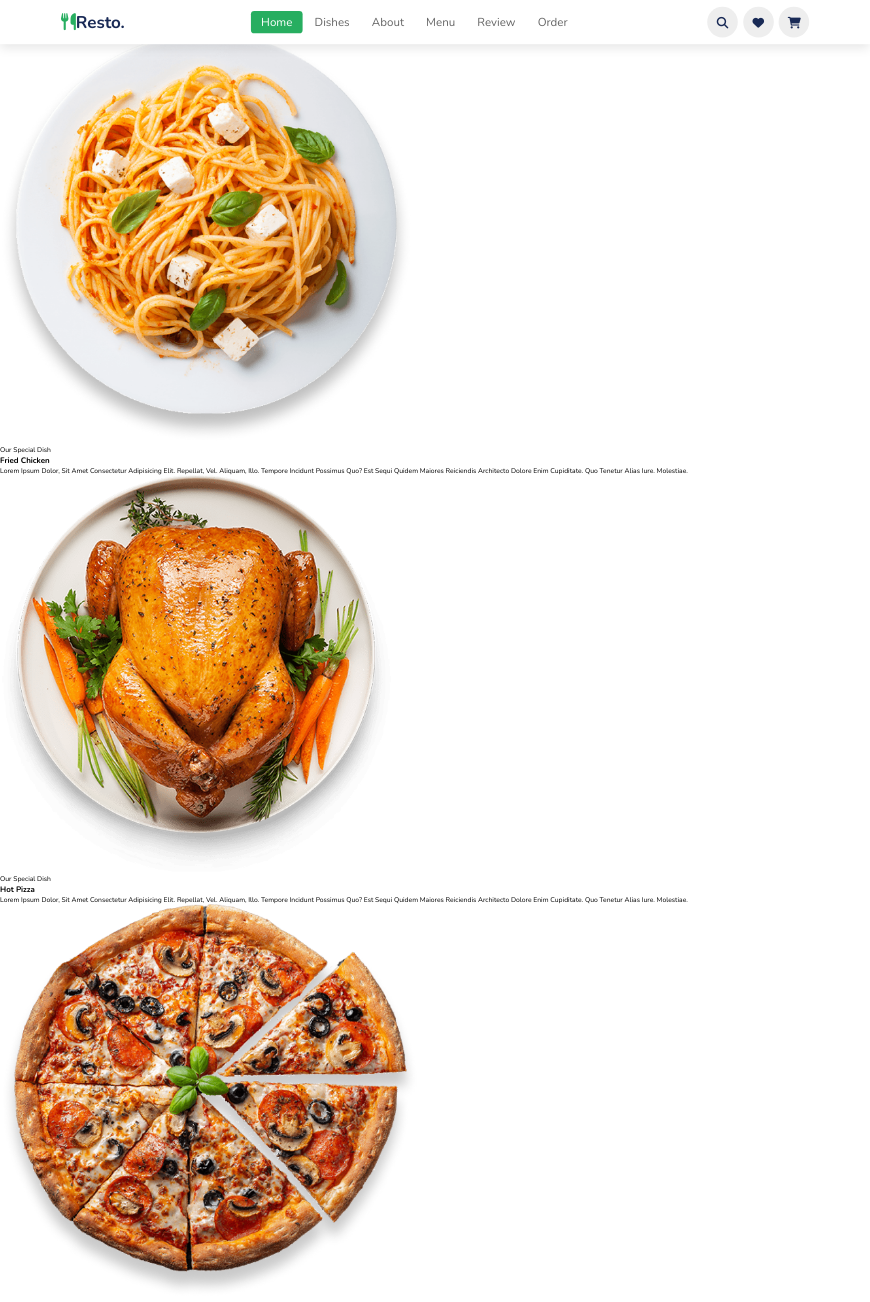
Repository: CarsonDev1/FoodWeb
Page: index.html
The author's editor kept a copy of each file at every save. The page is drawn from the files as they stood at one save, then again after the next save.
The browser window is 1280 px wide. The pictures show the whole page, at 68% of full size.
Some web libraries are served in a nearby version.

Above is the page before, as saved 2022-05-18 19:26:08.

### index.html
<!DOCTYPE html>
<html lang="en">
  <head>
    <meta charset="UTF-8" />
    <meta http-equiv="X-UA-Compatible" content="IE=edge" />
    <meta name="viewport" content="width=device-width, initial-scale=1.0" />
    <title>Document</title>
    <!-- CSS link -->
    <link rel="stylesheet" href="./css/style.css" />
    <!-- Google font -->
    <link rel="preconnect" href="https://fonts.googleapis.com" />
    <link rel="preconnect" href="https://fonts.gstatic.com" crossorigin />
    <link
      href="https://fonts.googleapis.com/css2?family=DM+Sans:wght@700&family=Manrope:wght@400;700;800&family=Nunito:wght@200;300;400;600;700&display=swap"
      rel="stylesheet"
    />
    <!-- font awesome cdn link -->
    <link
      rel="stylesheet"
      href="https://cdnjs.cloudflare.com/ajax/libs/font-awesome/6.1.1/css/all.min.css"
    />
  </head>
  <body>
    <!-- Header section start -->
    <header>
      <a href="#" class="logo"><i class="fas fa-utensils"></i>resto.</a>
      <nav class="navbar">
        <a class="active" href="#home">home</a>
        <a href="#dishes">dishes</a>
        <a href="#about">about</a>
        <a href="#menu">menu</a>
        <a href="#review">review</a>
        <a href="#order">order</a>
      </nav>
      <div class="icons">
        <i class="fas fa-bars" id="menu-bars"></i>
        <i class="fas fa-search" id="search-icon"></i>
        <a href="#" class="fas fa-heart"></a>
        <a href="#" class="fas fa-shopping-cart"></a>
      </div>
    </header>
    <!-- Header section end -->
    <!-- Search form -->
    <form action="" id="search-form">
      <input
        type="search"
        placeholder="search here..."
        name=""
        id="search-box"
      />
      <label for="search-box" class="fas fa-search"></label>
      <i class="fas fa-times" id="close"></i>
    </form>
    <!-- home section start -->
    <section class="home" id="home">
      <div class="home-slider">
        <div class="wrapper">
          <div class="slide">
            <div class="content">
              <span>our special dish</span>
              <h3>spicy noodles</h3>
              <p>
                Lorem ipsum dolor, sit amet consectetur adipisicing elit.
                Repellat, vel. Aliquam, illo. Tempore incidunt possimus quo? Est
                sequi quidem maiores reiciendis architecto dolore enim
                cupiditate. Quo tenetur alias iure. Molestiae.
              </p>
              <a href="#" class="btn"></a>
            </div>
            <div class="image">
              <img src="images/home-img-1.png" alt="" />
            </div>
          </div>
          <div class="slide">
            <div class="content">
              <span>our special dish</span>
              <h3>fried chicken</h3>
              <p>
                Lorem ipsum dolor, sit amet consectetur adipisicing elit.
                Repellat, vel. Aliquam, illo. Tempore incidunt possimus quo? Est
                sequi quidem maiores reiciendis architecto dolore enim
                cupiditate. Quo tenetur alias iure. Molestiae.
              </p>
              <a href="#" class="btn"></a>
            </div>
            <div class="image">
              <img src="images/home-img-2.png" alt="" />
            </div>
          </div>
          <div class="slide">
            <div class="content">
              <span>our special dish</span>
              <h3>hot pizza</h3>
              <p>
                Lorem ipsum dolor, sit amet consectetur adipisicing elit.
                Repellat, vel. Aliquam, illo. Tempore incidunt possimus quo? Est
                sequi quidem maiores reiciendis architecto dolore enim
                cupiditate. Quo tenetur alias iure. Molestiae.
              </p>
              <a href="#" class="btn"></a>
            </div>
            <div class="image">
              <img src="images/home-img-3.png" alt="" />
            </div>
          </div>
        </div>
      </div>
    </section>
    <!-- home section end -->
    <!-- JS file link -->
    <script src="./js/app.js"></script>
  </body>
</html>

### css/style.css
:root {
  --green: #27ae60;
  --black: #192a56;
  --light-color: #666;
  --box-shadow: 0 0.5rem 1.5rem rgba(0, 0, 0, 0.1);
}
* {
  font-family: "Nunito", sans-serif;
  margin: 0;
  padding: 0;
  box-sizing: border-box;
  text-decoration: none;
  outline: none;
  border: none;
  text-transform: capitalize;
  transition: all 0.2s linear;
}
html {
  font-size: 62.5%;
  overflow-x: hidden;
  scroll-padding-top: 5.5rem;
  scroll-behavior: smooth;
}
header {
  position: fixed;
  top: 0;
  left: 0;
  right: 0;
  background: #fff;
  padding: 1rem 7%;
  display: flex;
  align-items: center;
  justify-content: space-between;
  z-index: 1000;
  box-shadow: var(--box-shadow);
}
header .logo {
  color: var(--black);
  font-size: 2.5rem;
  font-weight: bolder;
}
header .logo i {
  color: var(--green);
}
header .navbar a {
  font-size: 1.7rem;
  border-radius: 0.5rem;
  padding: 0.5rem 1.5rem;
  color: var(--light-color);
}
header .navbar a.active,
header .navbar a:hover {
  background: var(--green);
  color: #fff;
}
header .icons i,
header .icons a {
  cursor: pointer;
  margin-left: 0.5rem;
  height: 4.5rem;
  line-height: 4.5rem;
  width: 4.5rem;
  text-align: center;
  font-size: 1.7rem;
  color: var(--black);
  border-radius: 50%;
  background: #eee;
}
header .icons i:hover,
header .icons a:hover {
  color: #fff;
  background: var(--green);
  transform: rotate(360deg);
}
header .icons #menu-bars {
  display: none;
}
#search-form {
  position: fixed;
  top: -110%;
  left: 0;
  height: 100%;
  width: 100%;
  z-index: 1004;
  background: rgba(0, 0, 0, 0.8);
  display: flex;
  align-items: center;
  justify-content: center;
  padding: 0 1rem;
}
#search-form.active {
  top: 0;
}
#search-form #search-box {
  width: 50rem;
  border-bottom: 1px solid #fff;
  padding: 1rem 0;
  color: #fff;
  font-size: 3rem;
  text-transform: none;
  background: none;
}
#search-form #search-box::placeholder {
  color: #eee;
}
#search-form #search-box::-webkit-search-cancel-button {
  -webkit-appearance: none;
}
#search-form label {
  color: #fff;
  cursor: pointer;
  font-size: 3rem;
}
#search-form label:hover {
  color: var(--green);
}
#search-form #close {
  position: absolute;
  color: #fff;
  cursor: pointer;
  top: 2rem;
  right: 3rem;
  font-size: 5rem;
}
/* media queries */
@media (max-width: 991px) {
  html {
    font-size: 55%;
  }
  header {
    padding: 1rem 2rem;
  }
}
@media (max-width: 768px) {
  header .icons #menu-bars {
    display: inline-block;
  }
  header .navbar {
    position: absolute;
    top: 100%;
    left: 0;
    right: 0;
    background: #fff;
    border-top: 0.1rem solid rgba(0, 0, 0, 0.2);
    padding: 1rem;
    clip-path: polygon(0 0, 100% 0, 100% 0, 0 0);
  }
  header .navbar.active {
    clip-path: polygon(0 0, 100% 0, 100% 100%, 0 100%);
  }
  header .navbar a {
    display: block;
    font-size: 2.5rem;
    padding: 1.5rem;
    margin: 1rem;
    background: #eee;
  }
  #search-form #search-box {
    width: 90%;
    margin: 0 1rem;
  }
}
@media (max-width: 991px) {
  html {
    font-size: 50%;
  }
}

### js/app.js
let menu = document.querySelector("#menu-bars");
let navbar = document.querySelector(".navbar");

menu.onclick = () => {
  menu.classList.toggle("fa-times");
  navbar.classList.toggle("active");
};
menu.onscroll = () => {
  menu.classList.remove("fa-times");
  navbar.classList.remove("active");
};
document.querySelector("#search-icon").onclick = () => {
  document.querySelector("#search-form").classList.toggle("active");
};
document.querySelector("#close").onclick = () => {
  document.querySelector("#search-form").classList.remove("active");
};

After the next save:
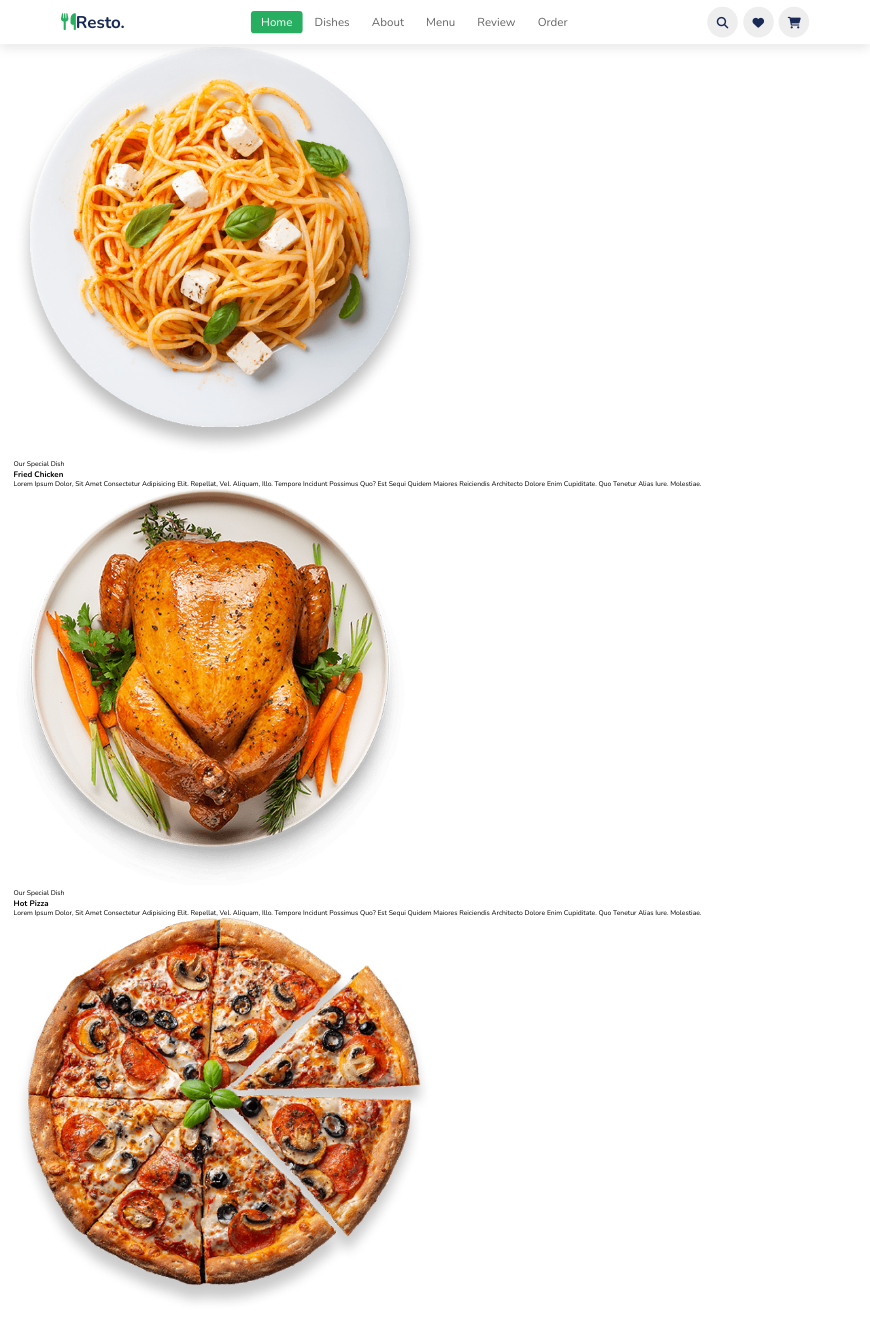
Saved 74 s later.
--- a/css/style.css
+++ b/css/style.css
@@ -20,6 +20,9 @@ html {
   overflow-x: hidden;
   scroll-padding-top: 5.5rem;
   scroll-behavior: smooth;
+}
+section {
+  padding: 2rem;
 }
 header {
   position: fixed;
